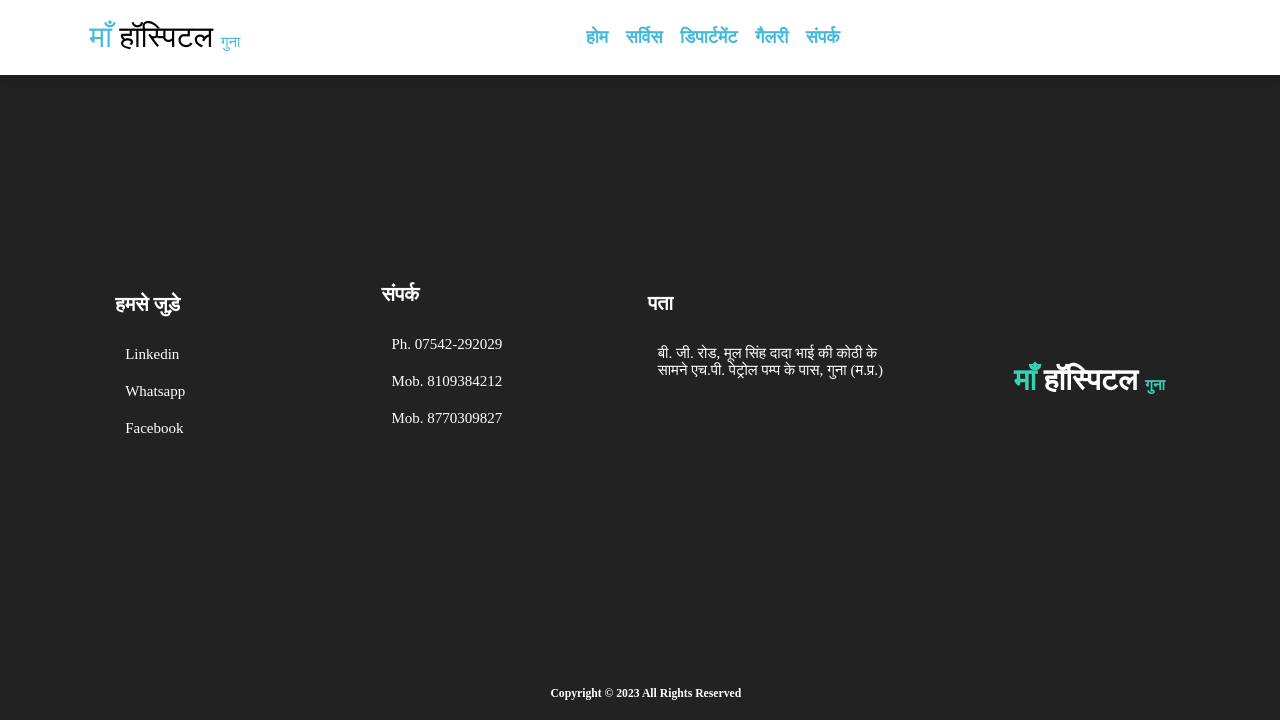
Repository: Aayush919/test
Page: contact.html
The author's editor kept a copy of each file at every save. The page is drawn from the files as they stood at one save, then again after the next save.
The browser window is 1280 px wide. The pictures show the whole page.

Above is the page before, as saved 2023-10-15 20:11:05.

### contact.html
<!DOCTYPE html>
<html lang="en">
<head>
    <meta charset="UTF-8">
    <meta name="viewport" content="width=device-width, initial-scale=1.0">
    <link rel="stylesheet" href="style.css">
    <title>Maa Hospital Contact</title>
</head>
<body>
    <header class="header">
        <a href="#" id="logo"><span>माँ </span> हॉस्पिटल <span id="guna">गुना</span></a>
        <nav class="navbar">
        <a href="/index.html">होम</a>
        <a href="/service.html">सर्विस</a>
        <a href="/depart.html">डिपार्टमेंट</a>
        <a href="/gallery.html">गैलरी</a>
        <a href="/contact.html">संपर्क</a>

        </nav>

    <div class="icons">
        <i class="ri-linkedin-fill"></i>
        <i class="ri-whatsapp-fill"> </i>

    </div>

<a href="#" id="menu_bars" class="fas fa-bars"></a>
    </header>
    <div class="main-footer" id="con">

        <div class="inner-footer">
            <h2>हमसे जुड़े</h2>
          <a href=""> <i class="ri-linkedin-fill loc" > </i>  linkedin  </i>
            </a>
             <a href=""><i class="ri-whatsapp-fill loc"> </i> whatsapp</i>
             </a>
             <a href=""><i class="ri-facebook-box-fill loc"> </i>facebook </i></a>
        </div>



        <div class="inner-footer">
            <h2>संपर्क</h2>
            <a href="#"><i class="ri-phone-line loc"></i> ph. 07542-292029</a>
            <a href="#"> <i class="ri-phone-line loc"></i>Mob. 8109384212</a>
            <a href="#"><i class="ri-phone-line loc"></i>Mob. 8770309827</a>
            <a href="#"></a>
        </div>

        <div class="inner-footer">
            <h2>पता</h2>
           <a href="#">   <i class="ri-map-pin-line  loc" ></i>   बी. जी. रोड, मूल सिंह दादा भाई की कोठी के सामने एच.पी. पेट्रोल पम्प के पास, गुना (म.प्र.)</a>
          <a href=""></a>
          <a href=""></a>
          <a href=""></a>
        </div>

        <h1><span>माँ </span> हॉस्पिटल <span id="guna">गुना</span></h1>
      <h3>Copyright © 2023 All rights reserved</h3>


    </div>
</body>
</html>

### style.css
@import url('https://fonts.googleapis.com/css2?family=Roboto:wght@100;300;400;500;700&display=swap');
:root{
    --fontcolor:#43b9dc;
    --backgroundcolor:#34d3b4;
}
*{
    margin: 0;
    padding: 0;
    font-family:gilroy;
    box-sizing: border-box;
    transition: all .2s linear;
    text-transform: capitalize;
    text-decoration: none;
}
html{
    font-size: 62.5%;
    overflow-x: hidden;
    scroll-behavior: smooth;
}
header{
    position: fixed;
    top: 0;
    left: 0;
    right: 0;
    padding: 2rem 7%;
    display: flex;
    justify-content: space-between;
    align-items: center;
    background:white;
    box-shadow: 0 1rem 1rem rgb(0, 0, 0, .1);
    z-index: 10000000;
}
#guna{
    font-size: 15px;

}
header #logo{
    font-size: 3rem;
    color: black;
}
header #logo span{
    color: var(--fontcolor);
}
header .navbar a{
    font-weight: 600;
    font-size: 1.8rem;
    color: var(--fontcolor);
    margin-left: 1.5rem;
}
.icons i{
font-size: 2rem;
color: var(--fontcolor);
margin-left: 1rem;
}
header #menu_bars{
    font-size: 2rem;
    color: var(--fontcolor);
    display: none;
}
header .navbar.active{
    left: 0;
    transition: .5s;
}
.main-image{

    background-repeat: no-repeat;
    background-size: cover;
    background-position: center;
    width: 100%;
    margin-top: 75px;
    height: 100vh;
}
.container{
    background: url("./images/headerimage.jpg");
    width: 100%;
    padding-top: 8.5rem;
    background-position: center;
    background-size: cover;
    background-repeat: no-repeat;
    height: 100vh;
}
.container .main-text{
    width: 50%;
    position: absolute;
    top: 200px;
    padding: 0 2rem;
    text-align: center;
}
.container .main-text h2{
    font-size:3.5rem;
    color: #fff;
    padding-bottom: 1.5rem;
}
.container .main-text button{
    padding: 1.5rem 3.5rem;
    background: #3FC1D1;
    color: white;
    border: none;
    border-radius:1px;

    font-weight: 700;
}
.service-section{
    padding: 2rem 7%;
    background: linear-gradient(#43b9dc, #34d3b4);
    min-height: 50vh;
}
#ourservices{
    color: #111;
    font-size: 30px;
    padding: 2rem 0;
    text-align: center;
}
.inner-service-section{
    display: flex;
    flex-wrap: wrap;
    gap: 15px;
    justify-content: center;
    text-align: center;
}
.service-box{
    flex: 1 1 200px;
    padding: 5rem 0;
    box-shadow: 0 1rem 1rem rgba(0, 0, 0, .1);
}
.service-box img{
    color: white;
     height: 10rem;
    padding: .5rem 0;
}

.service-box h2{
    color: #fff;
    font-size: 1.8rem;
    padding: 1rem 0;
}
.service-box p{
    color: white;
    font-size: 1.5rem;
    padding: 0 1rem;
}
.work-section{
    padding: 4rem 7%;
    display: grid;
     grid-template-columns: 2fr 1fr;
     display: flex;
    justify-content: center;
     width: 100%;


}
.inner-work-section img{
    width:  80rem;
    border: 2px solid #34d3b4;
    margin-top: 10px;
}


.inner-work-section h2{
    font-size: 2rem;
    padding: .5rem 0;

}
.inner-work-section h2 span{
    color:#34d3b4;

}
.scnclass{
    padding: 0 1rem;
}
.myimages{
    display: grid;
    grid-template-columns: 1fr 1fr;
    padding-top: 1rem;
}
.btn{
    padding: 1rem 3rem;
    background: var(--backgroundcolor);
    border-radius: 15px;
   display: inline-block;
   color: white;
   font-size: 18px;
   margin-top: 5px;
}
.creative-text{
    padding: 2rem 0;
}
.depart{
    background: var(--backgroundcolor);
    min-height: 85vh;
    padding: 2rem 9%;
}
.depart h1{
    color:#111;
    display: flex;
    align-self: center;
    justify-content: center;
    font-size: 2rem;
}

/* .galleryheading{ */
    /* color: #111;
    padding: 2rem 0;
    text-align: center;
    font-size: 20px;
}
.galleryheading span{
    color: var(--fontcolor);
}
.main-gallery .gallery-box{
    flex: 1 1 300px;
}
.main-gallery{
    display: flex;
    flex-wrap: wrap;
    gap: 15px;
}
.gallery-box img{
    width: 100%;
} */
.ourteam-section{
    padding: 7rem;
}
.ourteam-section h2{
    padding: 2rem;
    font-size: 3rem;
    text-align: center;
}
.ourteam-section h2 span{
    color: var(--fontcolor);
}
.ourteam-inner{
    display: flex;
    /* flex-wrap: wrap; */
    text-align: center;
    gap: 15px;
}
.ourteam-inner .section-box{
    flex: 1 1 250px;
}
.ourteam-inner .section-box img{
    width: 100%;
}
.section-box h3{
    padding: 1rem 0;
    font-size: 2rem;
}
.team-social-links i{
    color: var(--fontcolor);
    font-size: 2rem;
    padding:1rem 0;
}
.main-footer{
    display: flex;
    flex-wrap: wrap;
    justify-content: space-between;
    background: #222;
    padding: 2rem 9%;
    /* height: 70vh; */
}
.inner-footer{
    flex: 1 1 200px;
}
.inner-footer h2{
    color: white;
    font-size: 2rem;
    padding: 2rem 0;
}
.inner-footer a{
    display: block;

    color: white;
    font-size: 1.5rem;
    padding: 1rem;
}












@media (max-width:768px) {
    html{
        font-size: 50%;
    }
    header #menu_bars{
        display: initial;
    }

    header .navbar{
        position: absolute;
        top: 100%;
        left: 100%;
        right: 0;
        background: var(--backgroundcolor);
        height: 100vh;
        text-align: center;

    }
    header .navbar a{
        display: block;

        background: white;
        margin-top: 1rem;
        padding: 2rem;
        width: 90%;
        border-radius: 10px;
    }
    .container .main-text{
        width: 70%;
        padding: 0 ;
    }
   .work-section{
       display: grid;
       grid-template-columns: 1fr;

   }
   .myimages img{
       width: 100%;
   }
   .btn{
       display: block;
   }
   .inner-work-section h2{
    font-size:1.2rem;
   display: flex;
   flex-wrap: wrap;
   align-self:center;
   justify-content: center;
}

.depart{
    background: var(--backgroundcolor);
    min-height:65vh;
    padding: 2rem 9%;
}

.depart h1{
    color:#111;
    display: flex;
    align-self: center;
    justify-content: center;
    font-size: 1.9rem;
}
.ourteam-inner{
    display: flex;
    flex-wrap: wrap;
    text-align: center;
    gap: 15px;
}
.ourteam-section h2{
    padding: 2rem;
    font-size: 2.7rem;
    text-align: center;
}
.inner-work-section img{
    width: 35rem;
    border: 2px solid #34d3b4;
    margin-top: 10px;
}
.inner-work-section h2{
    font-size:1rem;
   display: flex;
   flex-wrap: wrap;
   align-self:center;
   justify-content: center;
}


.container .main-text h2{
    font-size:3rem;
    color: #fff;
    padding-bottom: 1.5rem;
}

.container{
    background: url("./images/headerimage.jpg");
    width: 100%;
    padding-top: 8.5rem;
    background-position: center;
    background-size: cover;
    background-repeat: no-repeat;
    height: 93vh;
}
}

/*
.gallery{
    display: grid;
    grid-template-columns: repeat(3, 1fr);
    gap: 1vh;
    margin-inline: auto;
    max-width: 70rem;

    background: #141414;
    background: var(--backgroundcolor);
    padding: 1vh;
}

 .gallery > img{
    width: 100%;
    aspect-ratio: 1 / 1;
    object-fit: cover;
    transition: all 0.3s ease;
    border-radius:2px;

}

.gallery:has(img:hover) img:not(:hover) {
    scale: 0.8;
    opacity: 0.5;
    filter: grayscale(70%);
}
 */


#keyservice {
    padding-top: 4vw;
    padding-left: 2vw;
    font-family: g-r;
    /* background-color: crimson; */
    height: 55vh;
    display: flex;
    justify-content: space-between;
}

#keyservice h3 {
    color: #ffffff;
    display: flex;
    cursor: pointer;
    font-family: g-r;
    font-weight: 300;
    font-size: 1.5rem;

     line-height: 2rem;

}

#keyservice h3:hover {
    color: yellow;
    font-weight: 500;
}

#keyservice h3 span {
    color: #ffffff;
    margin-right: 4px;
}

#keyservice h3 a {
    text-decoration: none;
    color: #fff;
}

#keyservice h3 a:hover {
    color: yellow;
}

#bx1 {
    /* background-color: #77b9d7; */
    height: 40vh;
    display: flex;
    flex-direction: column;
    justify-content: space-between;
    width: 45%;
    border-right: 2px solid white;
}

#bx2 {
    height: 40vh;
    display: flex;
    flex-direction: column;
    justify-content: space-between;
    /* height: 25.5vh; */
    width: 50%;
    /* background-color: #9477d7; */
}

section-container {
    min-height: 100vh;
    /* background: #34d3b4; */
    margin: auto;
    /* padding: 20px; */
    display: flex;
    align-items: center; /* Align the scroll icon vertically */
    /* margin-top: 40px; */
  }

  .product-list-container {
    position: relative;
    overflow-x: auto;
    white-space: nowrap;
    scrollbar-width: thin;
    scrollbar-color: #333 #ccc;
    cursor: pointer;
  }

  .product-list {
    display: flex;
    flex-direction: row;
  }

  .product-card {
    position: relative;
    flex: 0 0 auto;
      width:300px;
      height: 300px;
    margin: 15px;
    padding: 20px;
    box-shadow: 0 4px 8px rgba(0, 0, 0, 0.2);
    border-radius: 8px;
        background: #fff;
  }


.product-card img{
    width: 100%;
    height: 100%;
}

  /* Style scrollbar for Chrome, Safari, and Opera */
  .product-list-container::-webkit-scrollbar {
    width: 5px;
    height: 5px;
  }

  .product-list-container::-webkit-scrollbar-thumb {
    background: #333;
  }

  .product-list-container::-webkit-scrollbar-thumb:hover {
    background:#34d3b4;
  }

  .gallery{
    min-height: 80vh;
    background-color:#34d3b4;
    padding: .5rem;
    overflow: hidden;

  }

  .gallery h1{
    display: flex;
    align-self:center;
    justify-content: center;
    font-size: 2rem;
    margin-bottom: 2rem;
    margin-top: 2rem;
  }


  #page6 {
    position: relative;
    height: 70vh;
    width: 100%;
    /* background-color: violet; */
}

.buttonsss {
    position: absolute;
    height: 3vw;
    border-radius: 50%;
    width: 3vw;
    z-index: 9;
    display: flex;
    align-items: center;
    justify-content: center;
    background-color: #fff;
    box-shadow: 0 0 10px #464548;
}

.buttonsss i {
    font-size: 1.5vw;
    font-weight: 900;
}

#buttonsss1 {
    top: 50%;
    left: 5%;
}

#buttonsss2 {
    top: 50%;
    left: 92%;
}

#headingwords {
    /* position: relative; */
    height: 10vh;
    font-size: 1vw;
    padding: 1vw 5vw;
    width: 100%;
    display: flex;
    align-items:center;
    justify-content: center;
    /* background-color: wheat; */
}

#headingwords span{
    color:#34d3b4;
}
#slideboxtestimonial {
    position: relative;
    height: 55vh;
    width: 100vw;
    display: flex;
    /* background-color: blue; */

}

#testimonialsSlide {
    position: absolute;
    height: 55vh;
    width: 700vw;
    display: flex;
    /* background-color: blue; */
}

.sll {
    height: 55vh;
    width: 100vw;
    display: flex;
    justify-content: center;
    gap: 5vw;
    position: relative;
}

#imboxdown {
    position: absolute;
    top: 60%;
    display: flex;
    align-items: center;
    flex-direction: column;
    left: 70%;
    gap: .6vw;
}

.sll1 {
    position: relative;
    height: 55vh;
    width: 37vw;
    gap: 2vw;
    display: flex;
    flex-direction: column;
    padding: 2vw 2vw;
    /* background-color: yellow; */
}

.sll2 {
    position: relative;
    height: 55vh;
    width: 37vw;
    gap: 2vw;
    display: flex;
    flex-direction: column;
    padding: 2vw 2vw;
    /* background-color: yellow; */
}

#paraoftestimonial {
    font-size: 1.4vw;
    line-height: 2.5vw;
}

#imbox {
    height: 7vw;
    width: 7vw;
    display: flex;
    border-radius: 50%;
    overflow: hidden;
    background-color: #357df1;
}

#imbox img {

    /* display: flex; */
    object-fit: contain;
}

#slider {
    width: 100%;
    display: flex;
    align-items: center;
    justify-content: center;
    height: 2.3vw;
    /* background-color: tomato; */
}

#movingslider {
    position: relative;
    height: 4.5vh;
    /* box-shadow: 0 0 10px #222223; */
    width: 15vw;
    display: flex;
    align-items: center;
    justify-content: space-between;
    /* background-color: turquoise; */
}

#pointsliderdiv {
    box-shadow: 0 0 4px #4c4c4e;
    position: absolute;
    height: .6vw;
    width: .6vw;
    z-index: 9;
    border-radius: 50%;
    background-color: #4c8ef7;
}

.points {
    position: absolute;
    height: .6vw;
    width: .6vw;
    background-color: #c2bfbf;
    border-radius: 50%;
}

#point1 {
    left: 0%;
}

#point2 {
    left: 14%;
}

#point3 {
    left: 28%;
}

#point4 {
    left: 42%;
}

#point5 {
    left: 56%;
}

#point6 {
    left: 70%;
}

#point7 {
    left: 84%;
}
.main-footer h3{
    position: absolute;
   display: flex;
  left: 43%;
   align-self:flex-end;
    color:#fff;
}



@media (max-width:768px){
    .main-footer h1{

       color:#fff;
    transform: translate(-55px,-50px);
       font-size: 3rem;

   }
   .main-footer h3{
    position: absolute;
   display: flex;
  left: 20%;
   align-self:flex-end;
    color:#fff;
}
    #page6 {
        position: relative;
        height: 55vh;
        width: 100%;
        overflow: hidden;


    }

    #headingwords h1 {
        scale: 2;
        margin-left: 10vw;
        margin-top: 5vw;

    }

    .buttonsss {
        position: absolute;
        height: 3vw;
        border-radius: 50%;
        width: 3vw;
        z-index: 9;
        display: flex;
        align-items: center;
        justify-content: center;
        background-color: #fff;
        box-shadow: 0 0 10px #464548;
        scale: 2;
        padding-left: -1vw;
        padding-top: .5vw;
    }

    .buttonsss i {
        scale: 1.5;
        font-size: 2.5vw;
        font-weight: 900;
    }

    #buttonsss1 {
        top: 50%;
        left: 5%;
        padding-right: .3vw;
        padding-top: .5vw;
    }

    #buttonsss2 {
        top: 50%;
        left: 92%;
    }

    #headingwords {
        /* position: relative; */
        height: 10vh;
        font-size: 1.5vw;
        padding: 1vw 5vw;
        width: 100%;
        /* background-color: wheat; */
    }

    #slideboxtestimonial {
        position: relative;
        height: 55vh;
        width: 100vw;

        display: flex;
        /* background-color: blue; */

    }

    #testimonialsSlide {
        position: absolute;
        height: 42vh;
        width: 700vw;
        display: flex;
        /* background-color: blue; */
    }

    .sll {
        height: 40vh;
        /* background-color: red; */
        width: 100vw;
        display: flex;
        justify-content: center;
        gap: 5vw;
        position: relative;
    }

    #imboxdown {
        position: absolute;
        top: 60%;
        display: flex;
        align-items: center;
        flex-direction: column;
        left: 70%;
        gap: .6vw;
    }

    .sll1 {
        position: relative;
        height: 38vh;
        width: 37vw;
        gap: 2vw;
        display: flex;
        flex-direction: column;
        padding-top: 10vw;
        padding-left: 9vw;
        /* background-color: yellow; */
    }

    .sll2 {
        position: relative;
        height: 38vh;
        width: 37vw;
        gap: 2vw;
        display: flex;
        flex-direction: column;
        padding-top: 10vw;
        padding-left: 9vw;
        /* background-color: yellow; */
    }

    #paraoftestimonial {
        font-size: 1.4vw;
        line-height: 2vw;
        scale: 2.2;
        width: 60%;

        /* background-color: #00436a; */
    }

    #imbox {
        height: 7vw;
        width: 7vw;
        display: flex;
        border-radius: 50%;
        overflow: hidden;
        background-color: #357df1;
        scale: 1.5;
    }

    #imbox img {
        /* display: flex; */
        object-fit: contain;
        /* scale: 1.5; */
    }

    #imboxdown {
        /* background-color: tomato; */
        margin-left: -20vw;
        margin-top: 5vw;
    }

    #imboxdown h3 {
        margin-top: 2vw;
        scale: .7;
    }

    #slider {
        position: absolute;
        top: 95%;
        width: 100%;
        display: flex;
        align-items: center;
        justify-content: center;
        height: 2.3vw;
        /* background-color: tomato; */
        scale: 2;
    }

    #movingslider {
        position: relative;
        height: 4.5vh;
        /* box-shadow: 0 0 10px #222223; */
        width: 15vw;
        display: flex;
        align-items: center;
        justify-content: space-between;
        /* background-color: turquoise; */
    }

    #pointsliderdiv {
        box-shadow: 0 0 4px #4c4c4e;
        position: absolute;
        height: .6vw;
        width: .6vw;
        z-index: 9;
        border-radius: 50%;
        background-color: #4c8ef7;
    }

    .points {
        position: absolute;
        height: .6vw;
        width: .6vw;
        background-color: #c2bfbf;
        border-radius: 50%;
    }

    #point1 {
        left: 0%;
    }

    #point2 {
        left: 14%;
    }

    #point3 {
        left: 28%;
    }

    #point4 {
        left: 42%;
    }

    #point5 {
        left: 56%;
    }

    #point6 {
        left: 70%;
    }

    #point7 {
        left: 84%;
    }

}

.inner-footer a .loc{
   position: absolute;
   transform: translateX(-25px);
}

.main-footer {
    overflow: hidden;
}
.main-footer h1{
     margin-top: 80px;
    color:#fff;
    margin-left: 100px;
    font-size: 3rem;

}

.main-footer h1 span{
    color:#34d3b4;


}

#con{
    height: 100vh;
    display: flex;
    align-items: center;
}

#con h1{
    margin-top: 40px;
}
  @media screen and (max-width: 600px) {
    .product-card {
      width: 90%;
      margin: 10px;
    }
  }

After the next save:
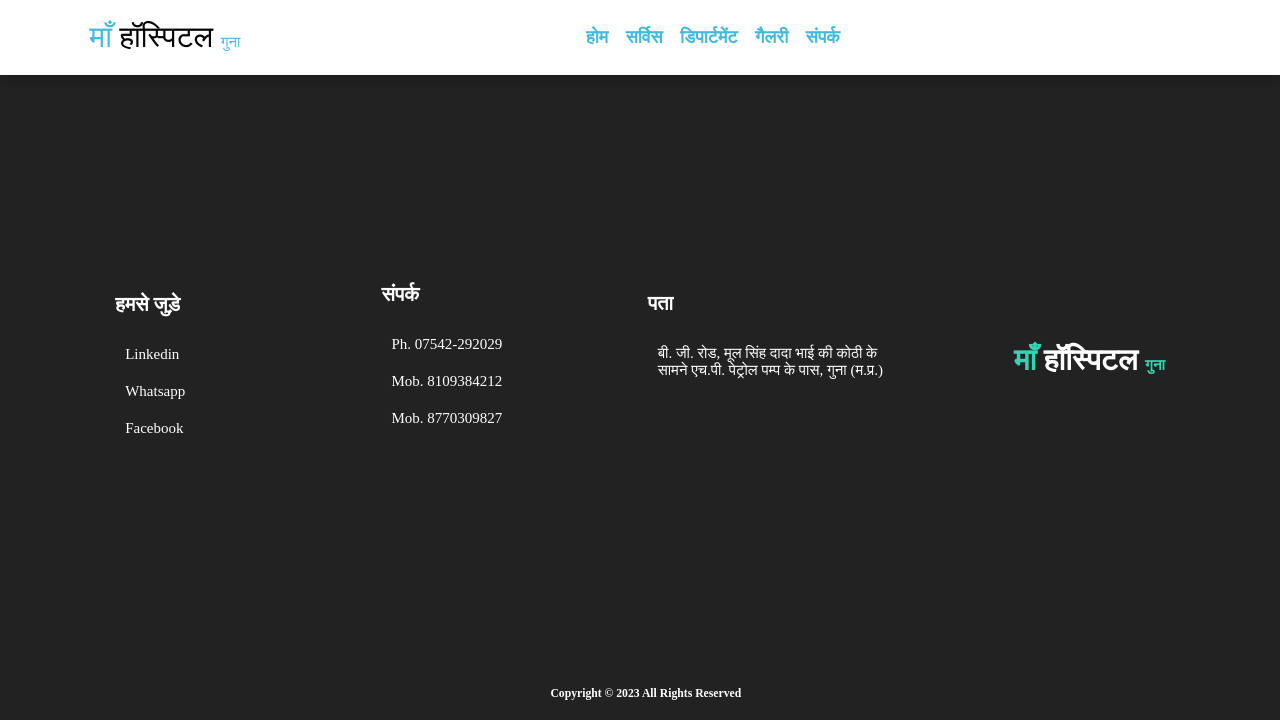
Saved 4 s later.
--- a/style.css
+++ b/style.css
@@ -1030,7 +1030,7 @@ section-container {
 }
 
 #con h1{
-    margin-top: 40px;
+    margin-top: 0px;
 }
   @media screen and (max-width: 600px) {
     .product-card {
